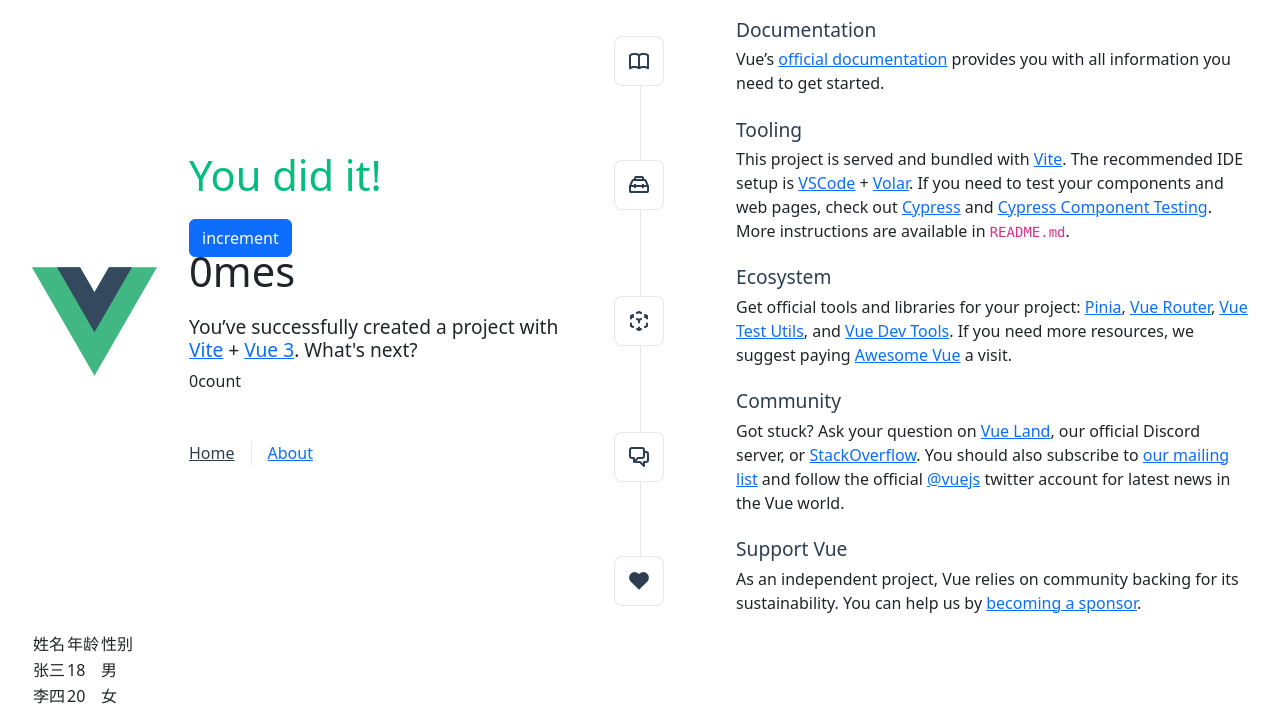
Repository: yuandinghh/vue
Page: /
The author's editor kept a copy of each file at every save. The page is drawn from the files as they stood at one save, then again after the next save.
The browser window is 1280 px wide. The pictures show the whole page.
The project was rebuilt for these pictures with package versions that can differ from the ones it lists, and the page was loaded fresh each time. Also part of the build but not shown: vite.config.ts.

Above is the page before, as saved 2023-03-22 00:02:15.

After the next save:
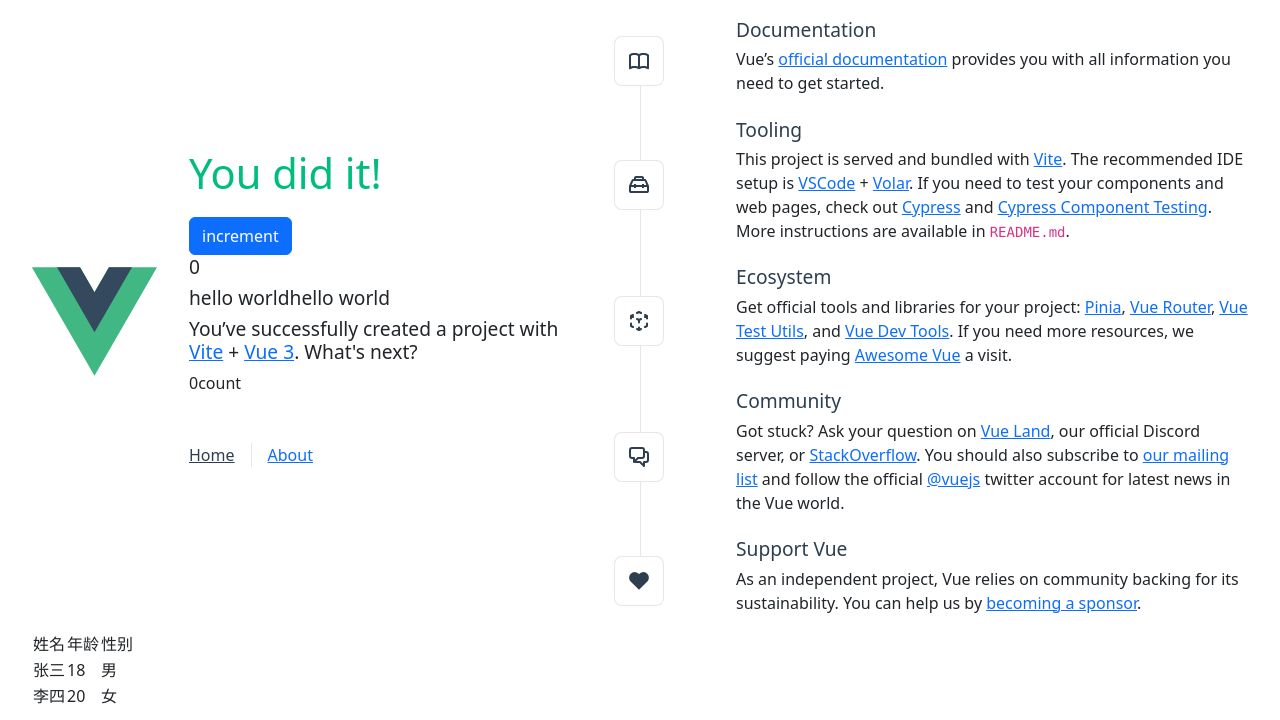
Saved 44 s later.
--- a/src/components/HelloWorld.vue
+++ b/src/components/HelloWorld.vue
@@ -23,7 +23,8 @@
   <div class="greetings">
     <h1 class="green">{{ msg }}</h1>
     <button @click="increment" class="btn btn-primary"> increment</button>
-    <h1>{{state.count}}mes</h1>
+    <h3>{{state.count}}</h3>
+    <h3>{{str2}}</h3>
     <h3>
       You’ve successfully created a project with
       <a
